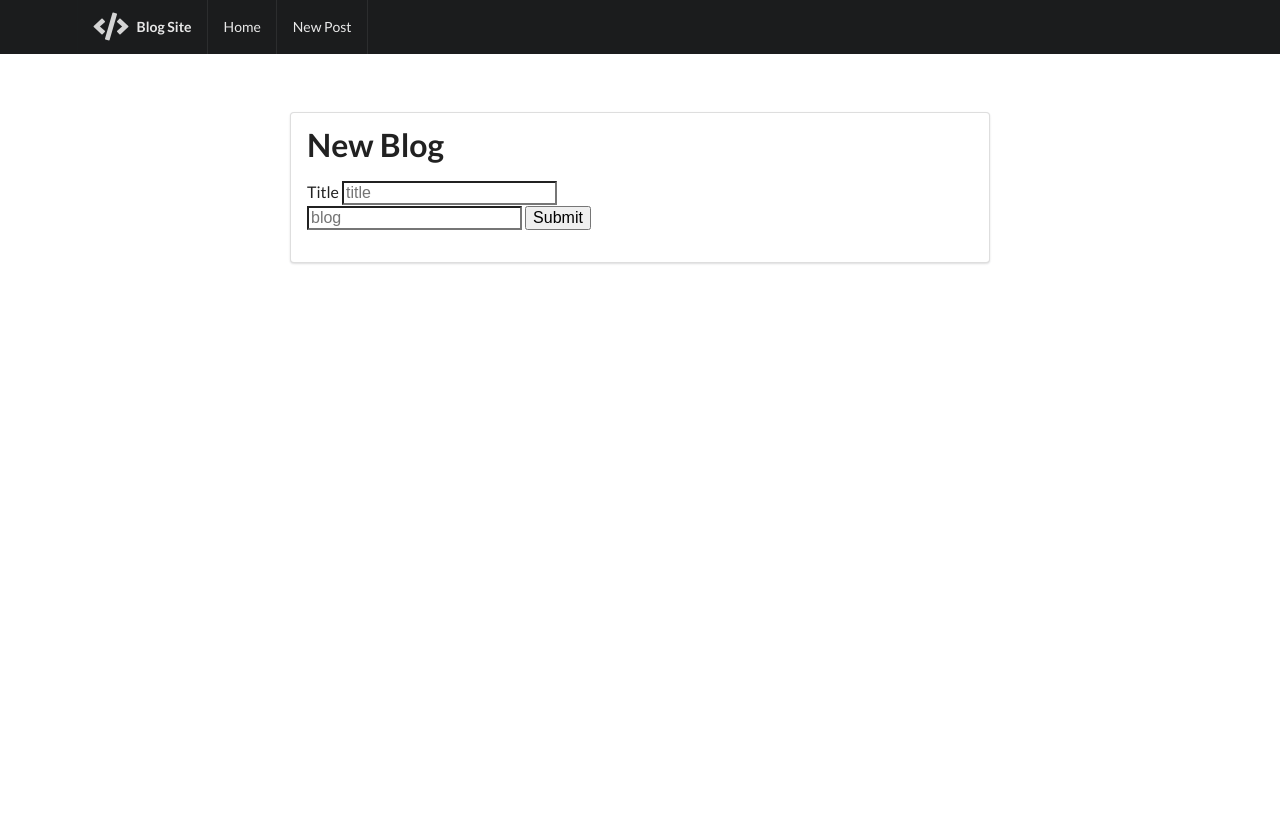
Repository: leandrobellini/Web-Developer-Bootcamp-Udemy
Page: http://localhost/blogs/new
The author's editor kept a record of every edit. The page is drawn from the files as they stood at one moment, then again after the next edit.
The browser window is 1280 px wide. The pictures show the whole page.
Some web libraries are served in a nearby version. The page is served by the project's Node server (RESTfulBlog/app.js).

Above is the page before.

After the next edit:
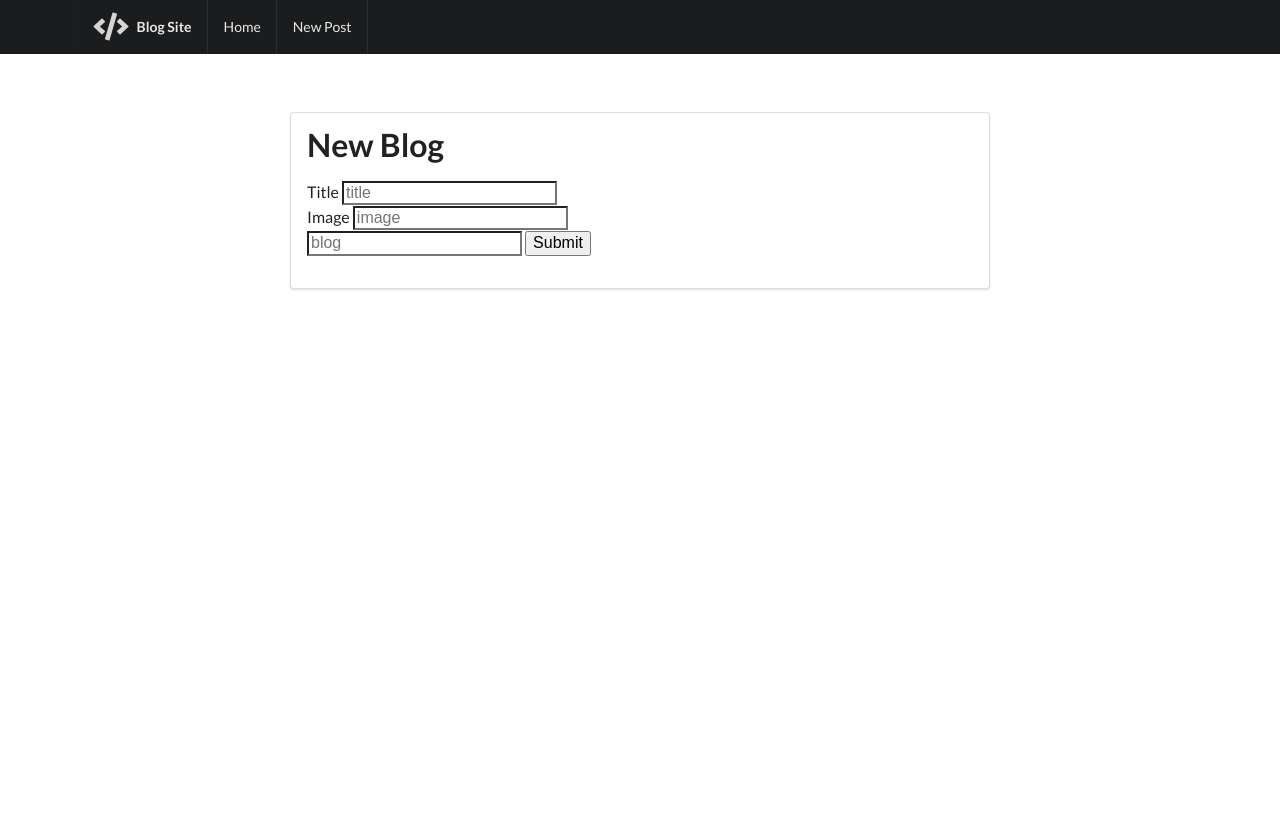
The edit:
--- a/29. RESTful Routing/workspace/RESTfulBlog/views/new.ejs
+++ b/29. RESTful Routing/workspace/RESTfulBlog/views/new.ejs
@@ -8,7 +8,8 @@
             <input type="text" name="blog[title]" placeholder="title">
         </div>
         <div class="field">
-            <label></label>
+            <label>Image</label>
+            <input type="text" name="blog[image]" placeholder="image">
         </div>
         <div class="field">
             <label></label>
